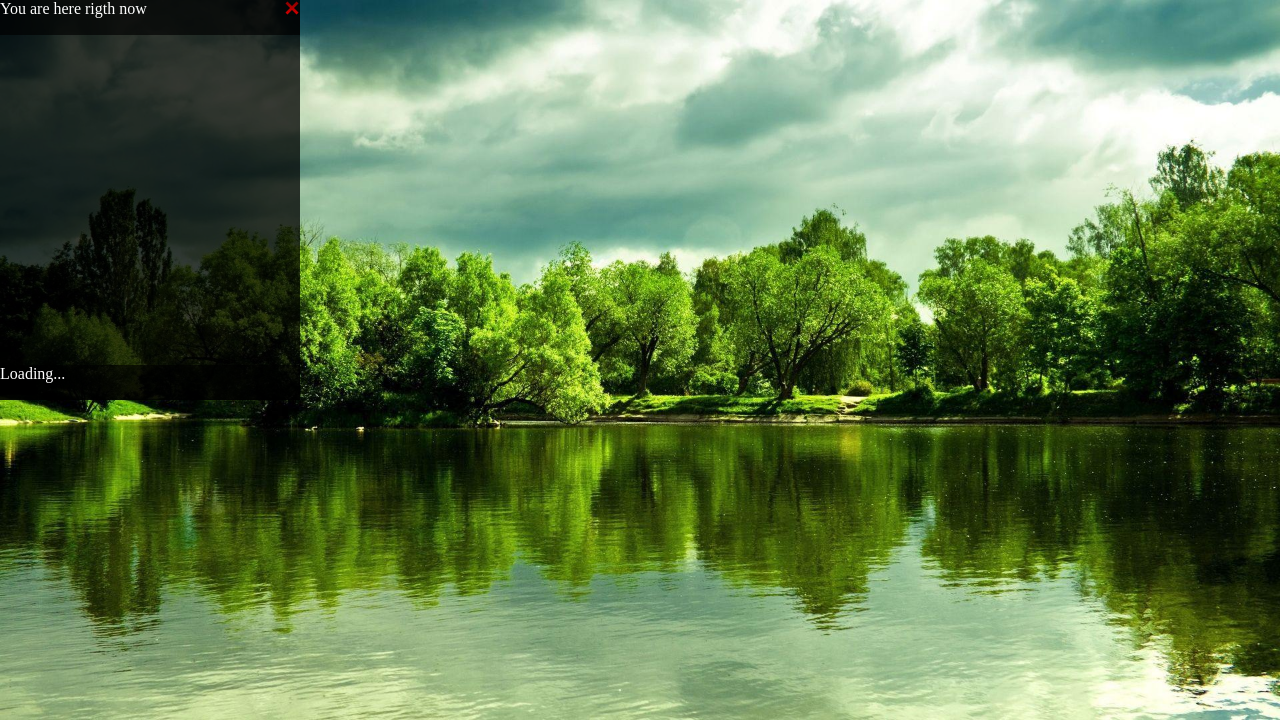
Repository: KevinUd2014/Kn222gn-laborations-Repo-1dv403
Page: 5-PWD-Projektet/Index.html
The author's editor kept a record of every edit. The page is drawn from the files as they stood at one moment, then again after the next edit.
The browser window is 1280 px wide. The pictures show the whole page.

Above is the page before.

After the next edit:
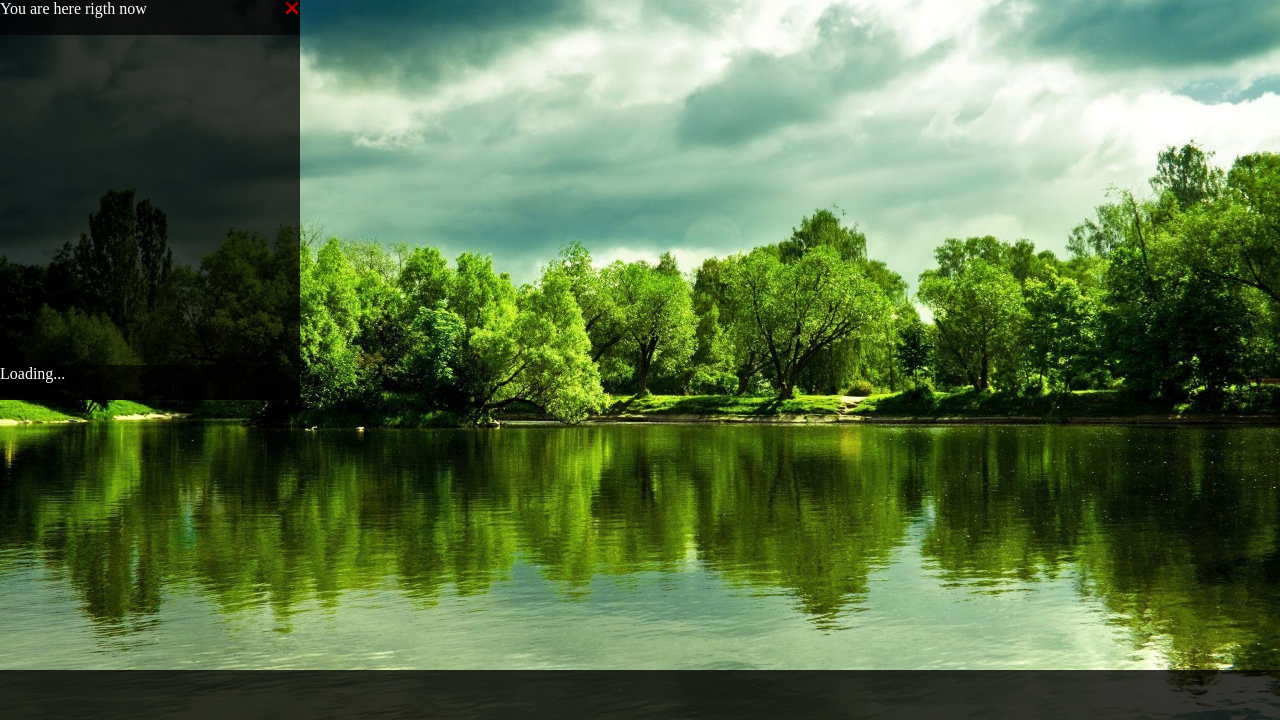
The edit:
--- a/5-PWD-Projektet/Index.html
+++ b/5-PWD-Projektet/Index.html
@@ -35,8 +35,9 @@
 
             <!--</template>-->
 
+
             </div>
-
+           <div class="Appbar"></div>
 
 
             <script type="text/javascript" src="Script.js"></script>
